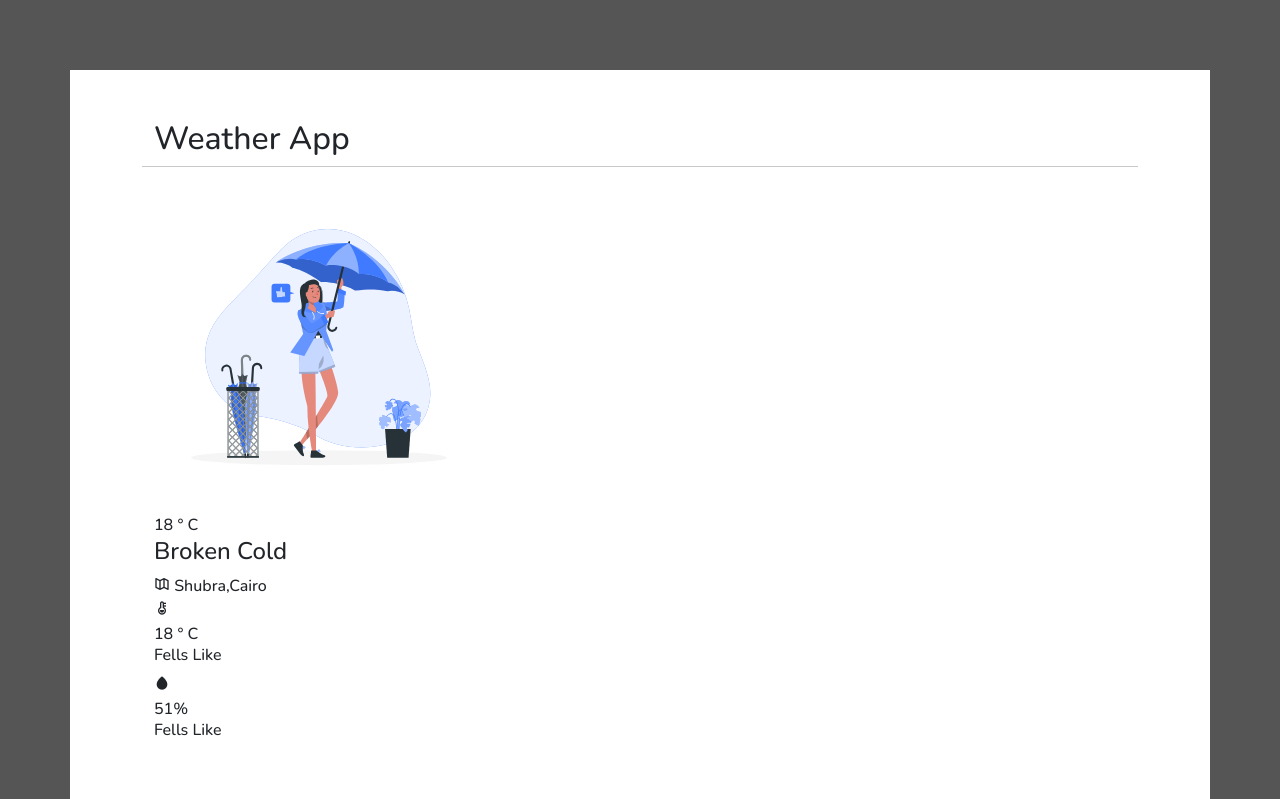
Repository: youssef168/Weather-App
Page: index.htm
The author's editor kept a copy of each file at every save. The page is drawn from the files as they stood at one save, then again after the next save.
The browser window is 1280 px wide. The pictures show the whole page.

Above is the page before, as saved 2021-12-28 19:48:41.

After the next save:
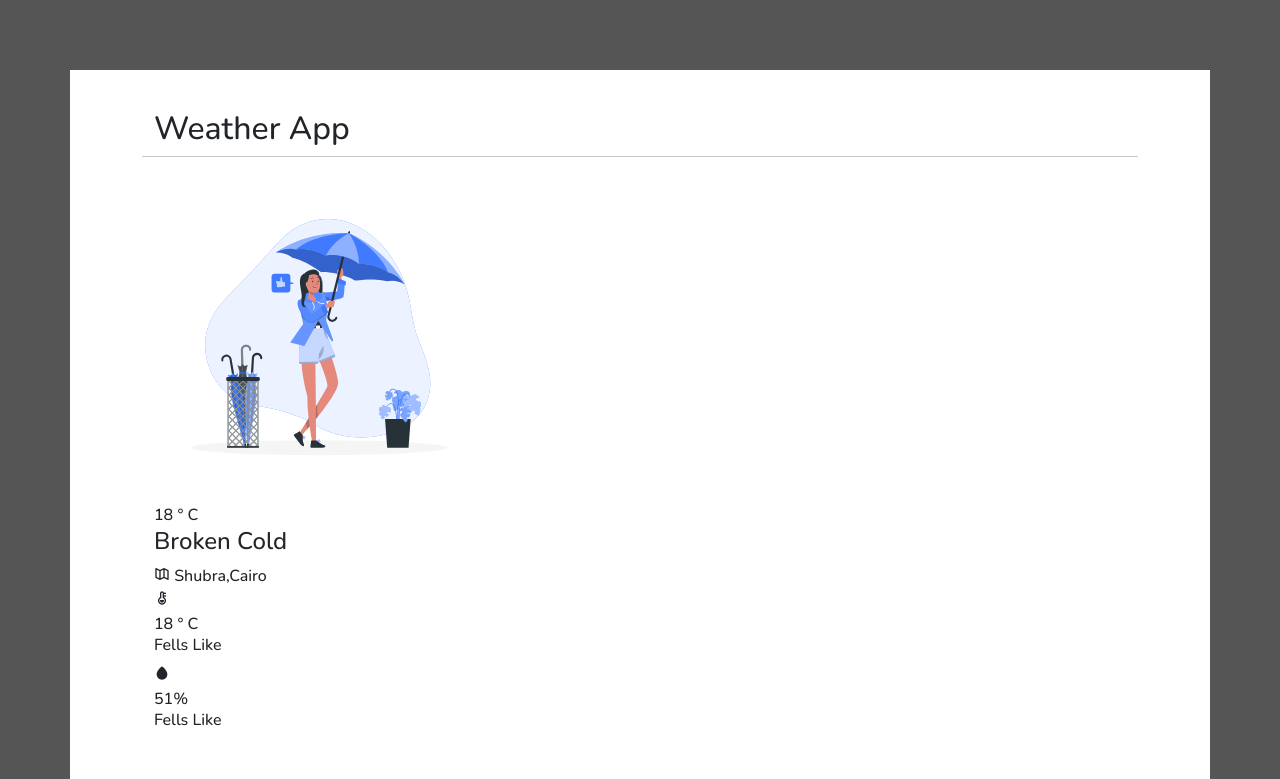
Saved 16 s later.
--- a/style.css
+++ b/style.css
@@ -13,7 +13,7 @@ body {
 .super {
     margin: auto;
     margin-top: 70px;
-    padding: 50px 60px;
+    padding: 40px 60px;
     /* background-image: url('./blob.svg');
     background-repeat: no-repeat;
     background-size: covere; */
